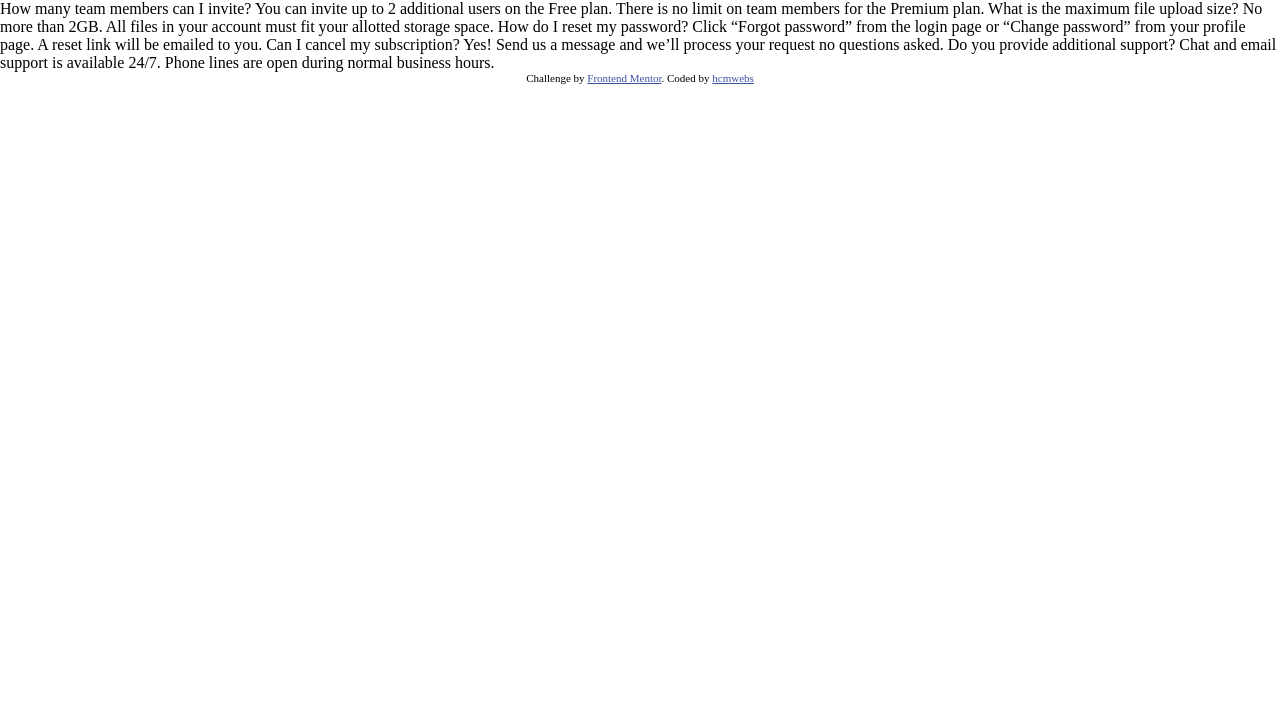
Repository: Hcmwebs/faq-accordion-card
Page: index.html
The author's editor kept a copy of each file at every save. The page is drawn from the files as they stood at one save, then again after the next save.
The browser window is 1280 px wide. The pictures show the whole page.
The style sheet was rebuilt from its Sass, Less or Tailwind sources for each picture, by a compiler version that may differ from the author's.

Above is the page before, as saved 2020-11-05 12:26:06.

After the next save:
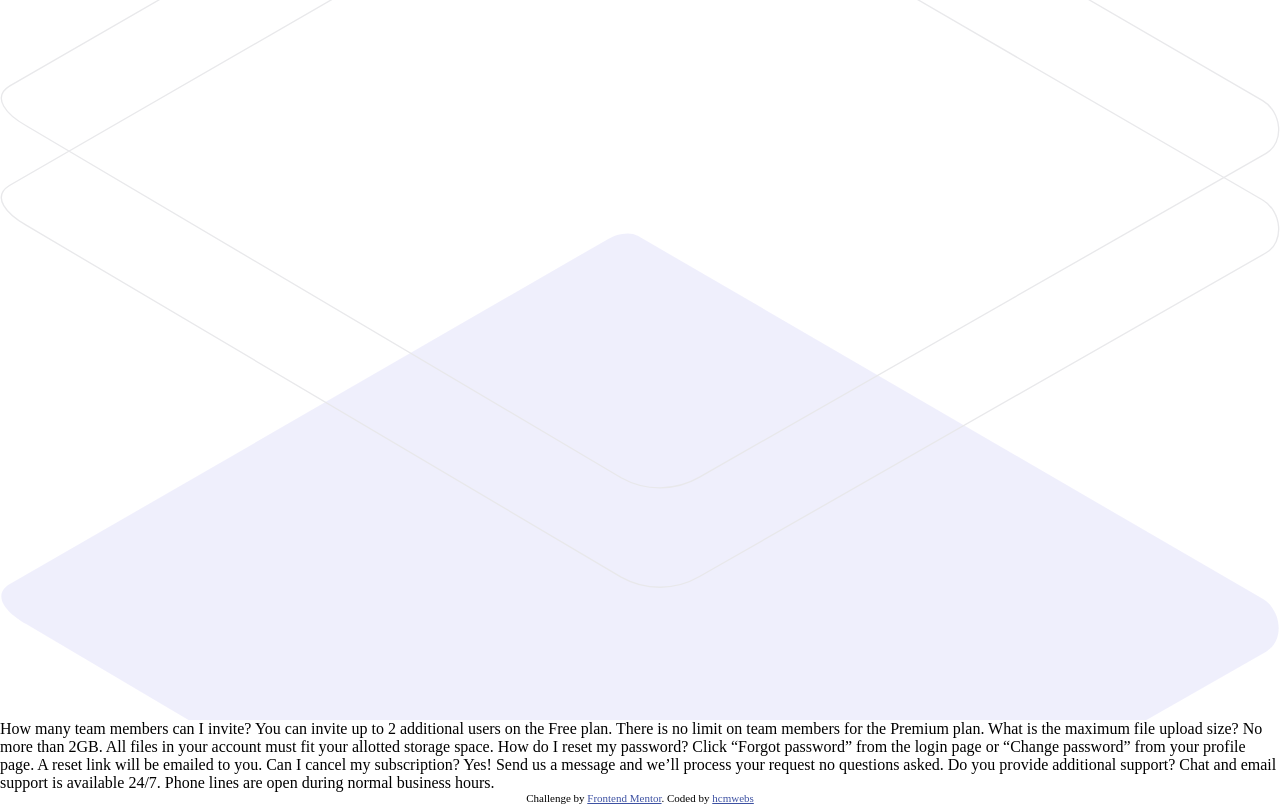
Saved 46 s later.
--- a/scss/main.scss
+++ b/scss/main.scss
@@ -42,11 +42,16 @@
 
 .body{
 width: 100%;
-height: 100vh;
+
 font-family: $font-stack;
 font-size: $font-size;
 font-weight: $font-light;
 @include grid(center,center);
 }
 
+.container{
+  width: 100%;
+  height: 100vh;
+}
+
 @import 'medias';
